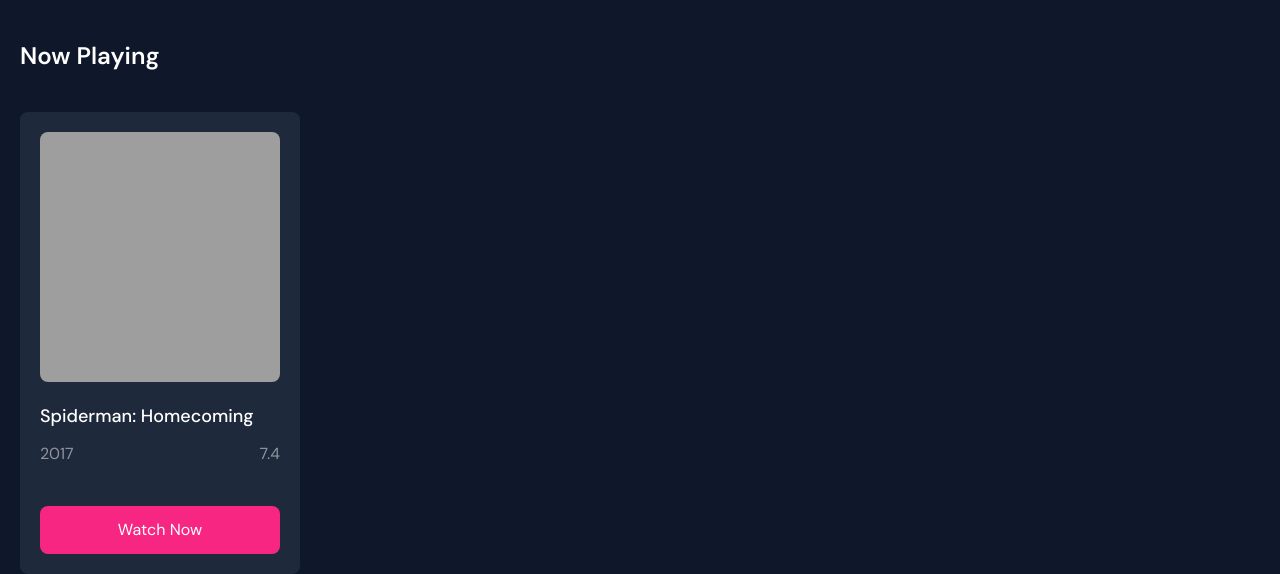
Repository: Duchieu7802/React-Simple-Movie
Page: /movies
An editor plug-in stored every save of this project. The page is shown before and after the next save, followed by the edit.
The browser window is 1280 px wide. The pictures show the part of the page from y = 504 to 1078 px (the page is 1078 px tall before and 1058 px after).
Pictures or frames that could not be fetched are drawn as grey boxes. The project was rebuilt for these pictures with package versions that can differ from the ones it lists, and the page was loaded fresh each time. Also part of the build but not shown: vite.config.js.

Above is the page before, as saved 2024-05-27 16:37:23.

### index.html
<!DOCTYPE html>
<html lang="en">
	<head>
		<meta charset="UTF-8" />
		<link rel="icon" type="image/svg+xml" href="/vite.svg" />
		<meta name="viewport" content="width=device-width, initial-scale=1.0" />
		<title>Vite + React</title>
		<link rel="preconnect" href="https://fonts.googleapis.com" />
		<link rel="preconnect" href="https://fonts.gstatic.com" crossorigin />
		<link
			href="https://fonts.googleapis.com/css2?family=DM+Sans:ital,opsz,wght@0,9..40,100..1000;1,9..40,100..1000&display=swap"
			rel="stylesheet"
		/>
	</head>
	<body>
		<div id="root"></div>
		<script type="module" src="/src/main.jsx"></script>
	</body>
</html>

### src/main.jsx
import React from "react";
import ReactDOM from "react-dom/client";
import App from "./App.jsx";
import "./index.scss";
// eslint-disable-next-line no-unused-vars
import { BrowserRouter } from "react-router-dom";
ReactDOM.createRoot(document.getElementById("root")).render(
	<React.StrictMode>
		<BrowserRouter>
			<App />
		</BrowserRouter>
	</React.StrictMode>
);

### src/App.jsx
import { Fragment } from "react";
import { NavLink } from "react-router-dom";
function App() {
	return (
		<Fragment>
			<header className="header flex py-10 mb-10 justify-center items-center gap-x-5">
				<span className="text-primary">Home</span>
				<span className="text-white">Movies</span>
			</header>
			<section className=" h-[400px] banner page-container capitalize pb-10">
				<div className="w-full h-full rounded-lg relative ">
					<div className="overlay absolute inset-0 bg-gradient-to-t from-[rgba(0,0,0,0.5)] to-[rgba(0,0,0,0.5)] rounded-lg"></div>
					<img
						src="https://articles-images.sftcdn.net/wp-content/uploads/sites/3/2019/03/endgame-1280.jpg"
						alt=""
						className="w-full h-full object-cover rounded-lg"
					/>
					<div className="absolute left-10 bottom-5 text-white">
						<h2 className="font-bold mb-5 text-3xl">Avengers: Endgame</h2>
						<div className="flex items-center gap-x-2 mb-5">
							<span className="px-5 py-2 border border-gray-500 rounded-lg">
								Action
							</span>
							<span className="px-5 py-2 border border-gray-500 rounded-lg">
								Adventure
							</span>
							<span className="px-5 py-2 border border-gray-500 rounded-lg">
								Drama
							</span>
						</div>
						<button className="py-3 px-6 rounded-lg bg-primary">
							Watch Now
						</button>
					</div>
				</div>
			</section>
			<section className="movies-layout page-container text-white">
				<h2 className="text-2xl capitalize font-semibold mb-10">Now playing</h2>
				<div className="movie-list grid grid-cols-4 gap-10">
					<div className="movie-card bg-slate-800 rounded-lg p-5">
						<img
							src="https://articles-images.sftcdn.net/wp-content/uploads/sites/3/2019/03/endgame-1280.jpg"
							alt=""
							className="w-full h-[250px] object-cover rounded-lg mb-5"
						/>
						<h3 className="capitalize text-lg font-medium mb-3">
							Spiderman: Homecoming
						</h3>
						<div className="flex items-center justify-between opacity-50 mb-10">
							<span>2017</span>
							<span>7.4</span>
						</div>
						<button className="capitalize px-5 py-3 bg-primary rounded-lg w-full">
							watch now
						</button>
					</div>
				</div>
			</section>
		</Fragment>
	);
}

export default App;

### src/index.scss
@tailwind base;
@tailwind components;
@tailwind utilities;

@layer base {
	body {
		@apply bg-slate-900 font-body px-5;
	}
}
@layer components {
	.page-container {
		max-width: 1280px;
		margin-left: auto;
		margin-right: auto;
	}
}

### tailwind.config.js
/** @type {import('tailwindcss').Config} */
export default {
	content: ["./index.html", "./src/**/*.{js,ts,jsx,tsx}"],
	theme: {
		extend: {
			fontFamily: {
				body: ["DM Sans", "sans-serif"],
			},
			colors: {
				primary: "#F62682",
			},
		},
	},
	plugins: [],
};

After the next save:
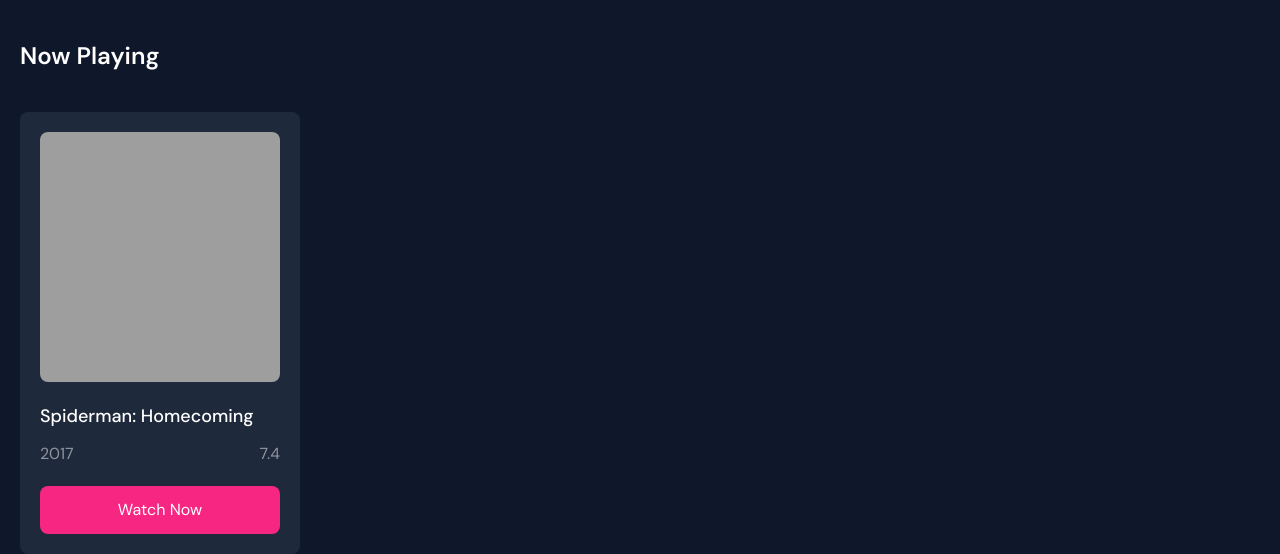
Saved 5 s later.
--- a/src/App.jsx
+++ b/src/App.jsx
@@ -46,7 +46,7 @@
 						<h3 className="capitalize text-lg font-medium mb-3">
 							Spiderman: Homecoming
 						</h3>
-						<div className="flex items-center justify-between opacity-50 mb-10">
+						<div className="flex items-center justify-between opacity-50 mb-5">
 							<span>2017</span>
 							<span>7.4</span>
 						</div>
